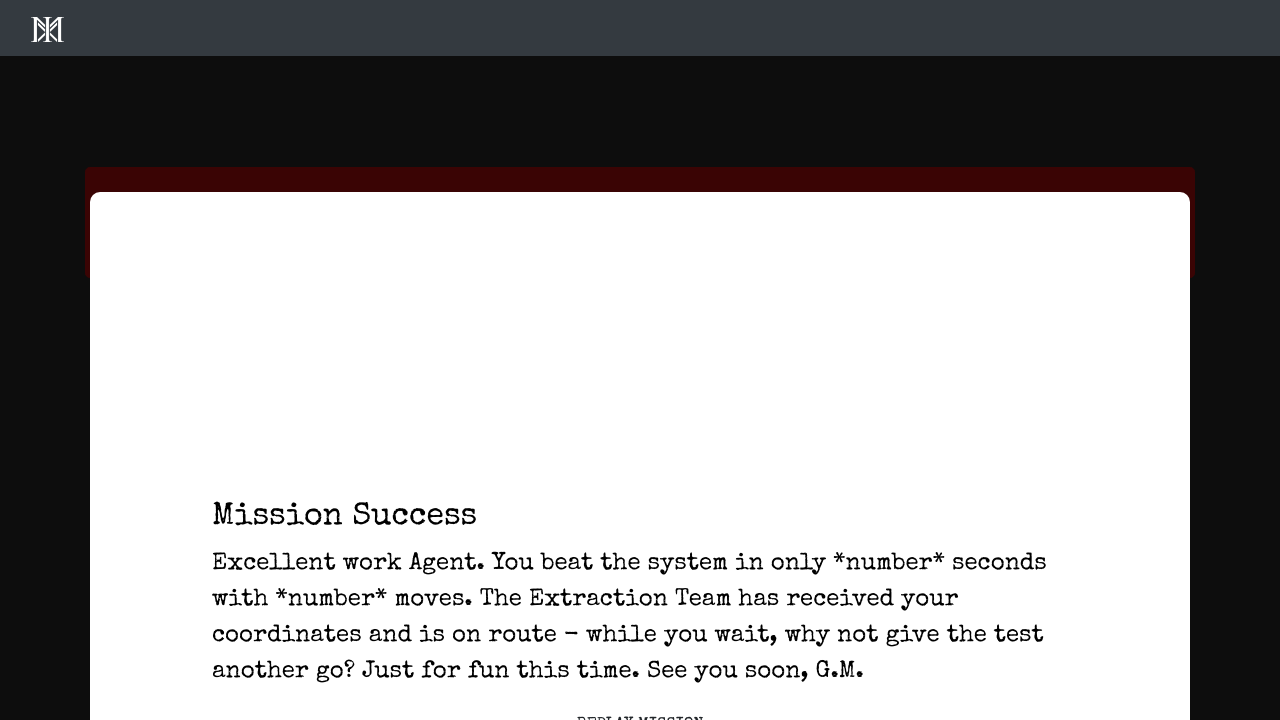
Repository: Code-Institute-Submissions/Milestone-25
Page: index.html
The author's editor kept a record of every edit. The page is drawn from the files as they stood at one moment, then again after the next edit.
The browser window is 1280 px wide. The pictures show the window.
A layer covers the whole window, so only the first screen is drawn. Some web libraries are served in a nearby version.

Above is the page before.
Console error (its wording comes from the project's code and is left out).

### index.html
<!DOCTYPE html>
<html lang="en">

<head>
  <meta charset="UTF-8">
  <meta name="viewport" content="width=device-width, initial-scale=1">
  <meta http-equiv="X-UA-Compatible" content="ie=edge">
  <link rel="stylesheet" href="https://stackpath.bootstrapcdn.com/bootstrap/4.4.1/css/bootstrap.min.css" integrity="sha384-Vkoo8x4CGsO3+Hhxv8T/Q5PaXtkKtu6ug5TOeNV6gBiFeWPGFN9MuhOf23Q9Ifjh" crossorigin="anonymous">
  <script src="https://maxcdn.bootstrapcdn.com/bootstrap/4.4.1/js/bootstrap.min.js"></script>
  <script src="https://use.fontawesome.com/releases/v5.12.0/js/all.js"></script>
  <link rel="stylesheet" href="assets/css/style.css" media="screen">
  <title>Memoryphile Home</title>
</head>

<body>
  <!--Navbar for style purposes only-->
  <nav class="navbar navbar-expand-md navbar-dark bg-dark sticky-top">
    <div class="container-fluid">
      <a class="navbar-brand"><img src="./assets/images/logo.png" class="logo" alt="Memoryphile Logo"></a>
    </div>
  </nav>

  <!--Button to jump to game-->
  <div class="container-fluid padding">
    <div class="row padding">
      <div class="container-sm">
        <a href="./game.html"><button type="button" class="btn btn-secondary btn-lg btn-block">BEGIN MISSION</button></a>
      </div>
    </div>
  </div>

  <!--Instructions paragraph-->
  <div class="container-fluid padding">
    <div class="row padding">
      <div class="col-md">
        <p class="instructions">AGENT, YOU’VE BEEN COMPROMISED.</p>
        <p class="instructions">Remain calm. We've deployed an extraction team to your last known co-ordinates - not ideal, given that you've been on the run the past couple of days – so we’re going to need to work together if you’re going to get out of this alive.</p>
        <p class="instructions"> For the extraction team to find you, we're going to need you correctly match the deck of paired cards that have been left in the safe house. You’ve got 60 seconds to match each pair of images – but don’t just randomly guess; if you take more than
          21 moves to make all 9 matches an alarm will lock you out of our systems. You can hit the restart button at anytime and the deck, timer, and move count will reset.</p>
        <p class="instructions"> Make the matches, and your updated coordinates will be sent across… fail any of these requirements and you’re on your own.</p>
        <p class="instructions"> Good luck Agent,</p>
        <p class="instructions"> G.M.</p>
      </div>
    </div>
  </div>

  <!-- testing game popup -->
  <!-- mission success overlay -->
  <div id="success" class="overlay">
    <div class="box">
      <h2 class="title">Mission Success</h2>
      <p class="instructions">Excellent work Agent. You beat the system in only *number* seconds with *number* moves. The Extraction Team has received your coordinates and is on route - while you wait, why not give the test another go? Just for fun this time. See you soon, G.M.</p>
      <a href="#"><button type="button" class="btn btn-replay btn-block">REPLAY MISSION</button></a>
    </div>
  </div>

  <!-- mission failure overlay -->
  <!--<div id="failure" class="overlay">-->
  <!--  <h2 class="title">Mission Failure</h2>-->
  <!--  <p class="instructions">Agent. AGENT. This is not good. I've managed to get a softlock on your loaction, but can't confirm extraction until I've received your coordinates. Try again.</p>-->
  <!--   <p class="instructions">And Agent? No mistakes this time.</p>-->
  <!--   <div>restart button</div>-->
  <!--</div>-->


</body>


</html>

### assets/css/style.css
@import url('https://fonts.googleapis.com/css?family=Homemade+Apple|Special+Elite&display=swap');

/* ==============  MEDIA QUERIES   ==============*/

/*--------Bootstrap Breakpoints---------*/

/* xs devices (<576px) = default in Bootstrap (hence no media query)

sm devices (>576px) = @media max-width: 576px

md devices (>768px) = @media max-width: 768px

lg devices (>992px) = @media max-width: 992px

xl devices (>1200px) = @media max-width: 1200px
*/

/*--------Media Queries--------*/

/* max-width, not min-width, for mobile-first styling */

@media (max-width: 992px) {}

@media (max-width: 768px) {}

@media (max-width: 576px) {}


/* ==============STYLING==============*/

/*--------HTML, BODY Styling-----*/

html,
body {
    height: 100%;
    width: 100%;
    font-family: 'Special Elite', sans-serif;
    color: #fff;
    background-color: #2c2c2d;
    box-sizing: border-box;
}

/*------------BUTTON STYLING--------*/

.btn-secondary {
    background-color: #c30e0e;
    border-color: #c30e0e;
    margin-top: 10%;
    margin-bottom: 10%;
    font-size: 350%;
    padding-top: 1.5%;

}


/*------------Instructions STYLING--------*/

.instructions {
    font-size: 150%;
    display: inline-block;
    margin-left: 6%;
    margin-right: 6%;
}


/*--------------GAME.html styling---------*/

*,
*::before,
*::after {
    box-sizing: inherit;
}


.gameContainer {
    /* Flexbox */
    flex-direction: column;
    display: flex;
    justify-content: center;
    align-items: center;
}

.logo {
    height: 25px;
}

.nav-link {
    padding-top: 5px;
    color: #fff;
    font-size: 25px;
}

a:hover {
    color: #424242;
    text-decoration: none;
}


/*------------REQUIRMENTS Styling--------*/

.requirements {
    text-align: left;
    margin-top: 35px;
    margin-bottom: 25px;
    width: 950px;
    font-size: 200%;

}

.requirements .timer {
    float: left;
}

.requirements .restart {
    float: right;
}

.requirements .moves {
    float: inherit;
}

.requirements-timer {
    text-align: center;
    margin-top: 35px;
    font-size: 300%;
}


/*------------GAMEDECK Styling ---------*/

.gamedeck {
    min-height: 600px;
    width: 1350px;
    background: #888888;
    border-radius: 15px;
    padding: 30px;
    /* Flexbox */
    display: flex;
    flex-wrap: wrap;
    justify-content: center;
    align-items: center;
}

.gamedeck .card {
    height: 175px;
    width: 175px;
    background: #424242;
    border-radius: 8px;
    box-shadow: 5px 2px 20px 0 rgba(46, 61, 73, 0.5);
    margin: 1%;
    /* shrink font so that when a card is 'flipped', font enlarges */
    font-size: 0;
    color: #ffffff;
    display: flex;
    justify-content: center;
    align-items: center;
    /* add cursor to indicate interactivity to user */
    cursor: pointer;
}

/* for click reveal */

.gamedeck .card.open {
    transform: rotateY(0) !important;
    font-size: 75px;
    background: #421a1a;
    /* fix for webpages */
    -webkit-backface-visibility: visible !important;
    backface-visibility: visible !important;
    /* return cursor to default to inform user card is no longer clickable */
    cursor: default;
}

.gamedeck .card.show {
    font-size: 75px;
    display: inherit!important;
}

.gamedeck .card.close {
    pointer-events: none;
    opacity: 0.9;
}

.gamedeck .card.matched {
    cursor: default;
    background: #523632;
    font-size: 75px;
}

/*--------------------Overlay Styling -------------*/

.title {
    display: inline-block;
    margin-left: 6%;
    margin-right: 6%;
    margin-top: 25%;
}

.overlay {
    background: rgba(0, 0, 0, 0.7);
    position: fixed;
    top: 0;
    bottom: 0;
    left: 0;
    right: 0;
}

.box {
    color: #000000;
    margin: 7%;
    padding: 5%;
    background: #ffffff;
    border-radius: 10px;
    position: relative;
    margin-top: 15%;
}

After the next edit:
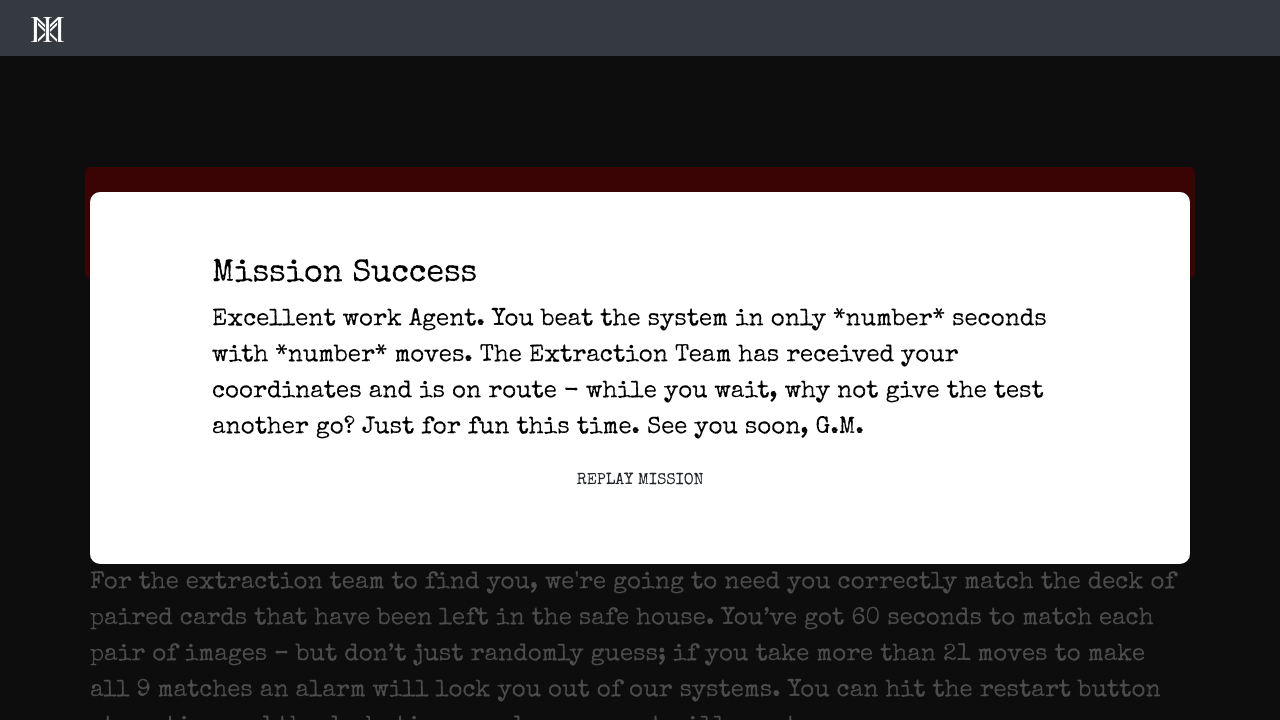
The edit:
--- a/assets/css/style.css
+++ b/assets/css/style.css
@@ -193,7 +193,6 @@
     display: inline-block;
     margin-left: 6%;
     margin-right: 6%;
-    margin-top: 25%;
 }
 
 .overlay {
